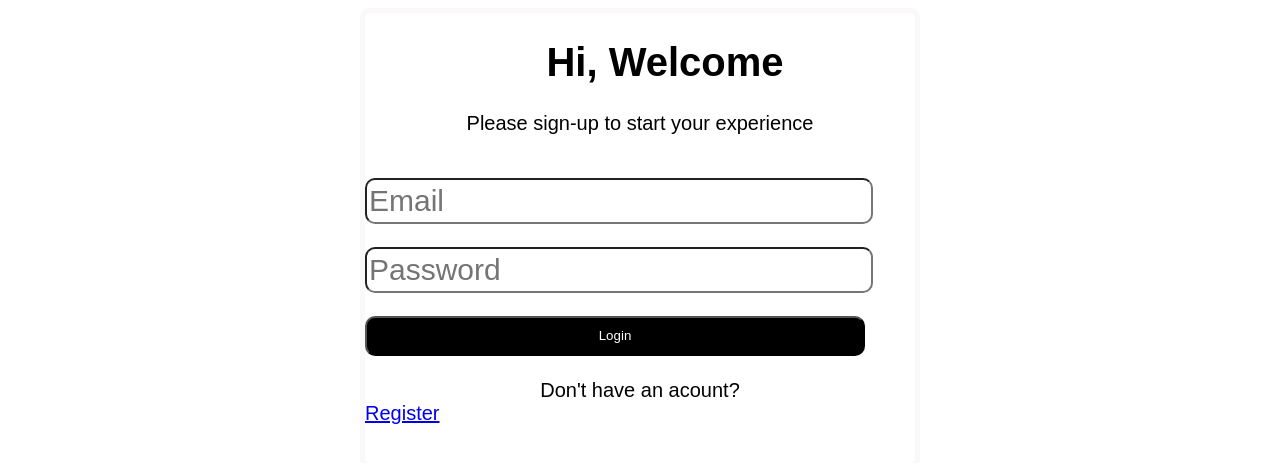
Repository: KingBoyMaylow/movie-task
Page: 2index.html
The author's editor kept a copy of each file at every save. The page is drawn from the files as they stood at one save, then again after a run of saves.
The browser window is 1280 px wide. The pictures show the whole page.

Above is the page before, as saved 2024-05-20 14:08:28.

After the next 2 saves:
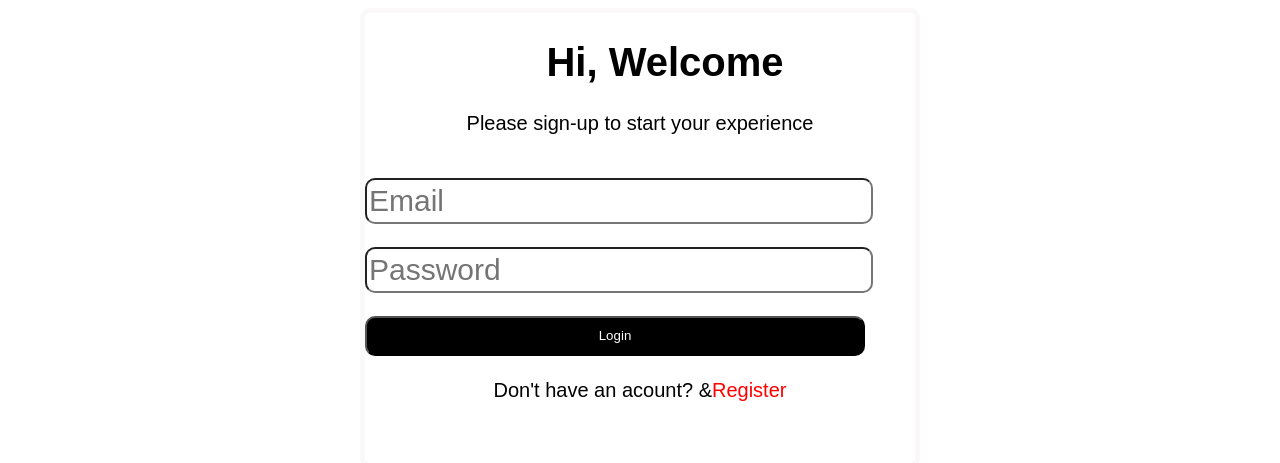
The 2 saves are shown as one change because they came seconds apart.
The last was saved 7 s later.
--- a/2index.html
+++ b/2index.html
@@ -24,7 +24,7 @@
   <br><input type="submit" value="Login" class="register-btn">
 <br>
 
-  <br><span>Don't have an acount?</span> <a href="http://127.0.0.1:5500/">Register</a></span>
+  <br><span>Don't have an acount? &<a href="http://127.0.0.1:5500/">Register</a></span>
 </div>
 </body>
 </html>
